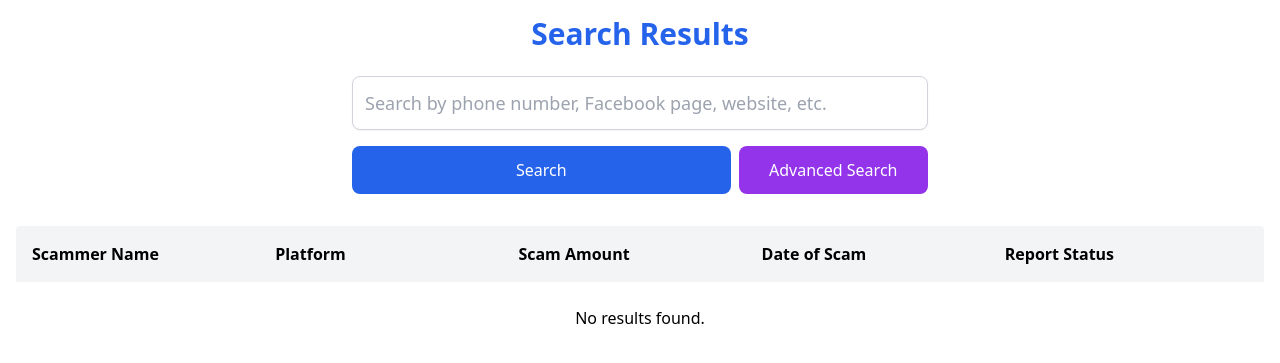
Repository: dev-athar/protarok
Page: /search
The author's editor kept a copy of each file at every save. The page is drawn from the files as they stood at one save, then again after the next save.
The browser window is 1280 px wide. The pictures show the whole page.
The project was rebuilt for these pictures with package versions that can differ from the ones it lists, and the page was loaded fresh each time. Also part of the build but not shown: vite.config.ts, src/pages/RecentScamsList.tsx, src/pages/HomePage.tsx, src/pages/SubmitScamPage.tsx, src/pages/ImageUploader.tsx, src/pages/AdvancedSearchPage.tsx.

Above is the page before, as saved 2025-01-01 13:30:59.

After the next save:
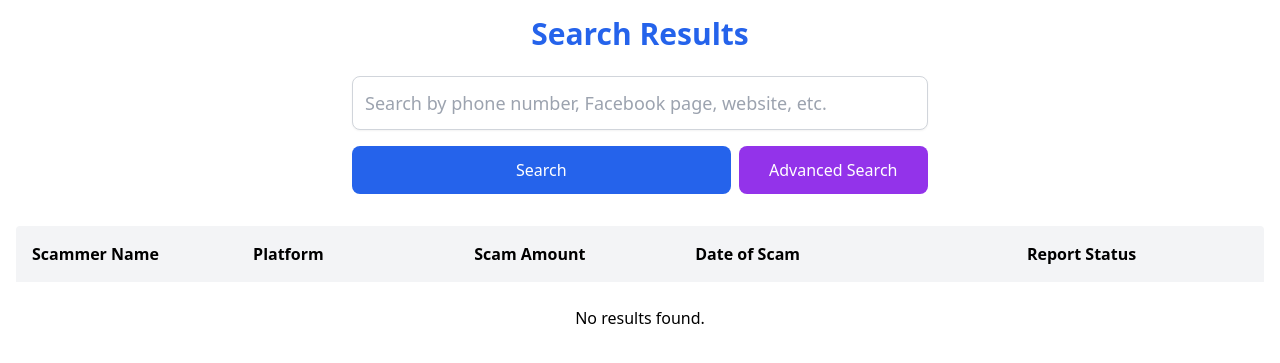
Saved 75 s later.
--- a/src/pages/SearchPage.tsx
+++ b/src/pages/SearchPage.tsx
@@ -54,7 +54,7 @@ const SearchPage = () => {
       <SearchBar onSearch={handleSearch} initialQuery={searchTerm} />
       <div className="mt-4">
         {/* Table Heading */}
-        <div className="grid grid-cols-5 font-bold bg-gray-100 p-4 rounded-t">
+        <div className="grid grid-cols-[1fr_1fr_1fr_1.5fr_1fr] font-bold bg-gray-100 p-4 rounded-t">
           <span className="text-left">Scammer Name</span>
           <span className="text-left">Platform</span>
           <span className="text-left">Scam Amount</span>
